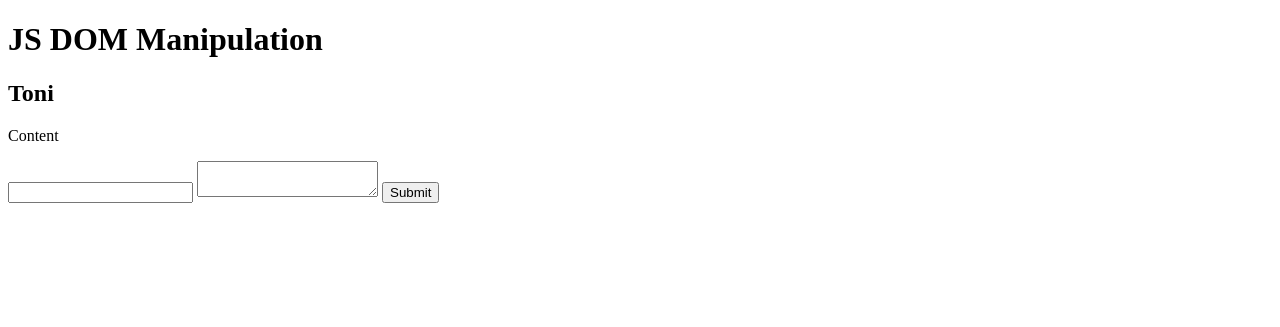
Repository: Toni95/workspace
Page: curs10-JSDOM/index.html
The author's editor kept a record of every edit. The page is drawn from the files as they stood at one moment, then again after the next edit.
The browser window is 1280 px wide. The pictures show the whole page.

Above is the page before.

### curs10-JSDOM/index.html
<!DOCTYPE html>
<html lang="en">
<head>
    <title>JS DOM</title>
    <script type="text/javascript" src="js/script.js"> </script>
</head>
<body>

    <h1>JS DOM Manipulation</h1>
    <div id="comments-list">
       <section class="comment-item">
           <h2>Toni</h2>
           <p>Content</p>
       </section>
    </div>
    <form>
        <input type="text" name="name"/>
        <textarea name="comment"></textarea>
        <input type="submit" name="Submit"/>
    </form>

</body>
</html>

### curs10-JSDOM/js/script.js
var firstName; // define variable name

firstName = 'Anca'; //assign value to

var firstName = 'Antonio';
console.log(firstName);

console.log("My name is ", firstName);

console.log(typeof firstName);
var age = 25;
console.log('My age is ' , age);

var height = 1.6;
console.log("my height is ", height);

var isTrue = true;
var isFalse = false;

var isTrue = true;
    isFalse = false;

console.log('JS is awesome ', isTrue , " JS is not awesome " , isFalse);

var nullValue = null;
console.log("Null Value", nullValue, typeof nullValue);

var undefinedValue;
console.log("undefined value", undefinedValue, typeof undefinedValue);


var firstName = "Antonio",
    lastName  = "Patraska",
    fullName = firstName + " " + lastName;

console.log("My name is" , fullName);

var name = "Antonio";
name += " Patraska";

console.log("My name is", name);

//math op

console.log("Add", 2+2);
console.log("Multiply", 2*2);

//

console.log("true", 2==2);
console.log("true", 2!==2);
console.log("true", 2=='2');
console.log("false", 2==='2');
console.log("false", 2!=='2');

console.log(2===2 && 3===3 && 4===4);
console.log(2===2 || 3===4 || 4===4);
console.log(3===4 || 5===5 || 4===4);

// Arrays

var names = []; // emply array
console.log("Names = ", names);

var names = ["Ana", "Ion"]; //aray with content
console.log("Names = ", names);

console.log("Name first = ", names[0]);

//update values

names[1] = "Mihai";
console.log("Names = ", names);

//add new values
names[2] = "Tina";
names.push("Ion");
names.push("Geo", "Anca", "Vera");

names.pop();
console.log("Names = ", names);
console.log("Names lenght = ", names.length);

After the next edit:
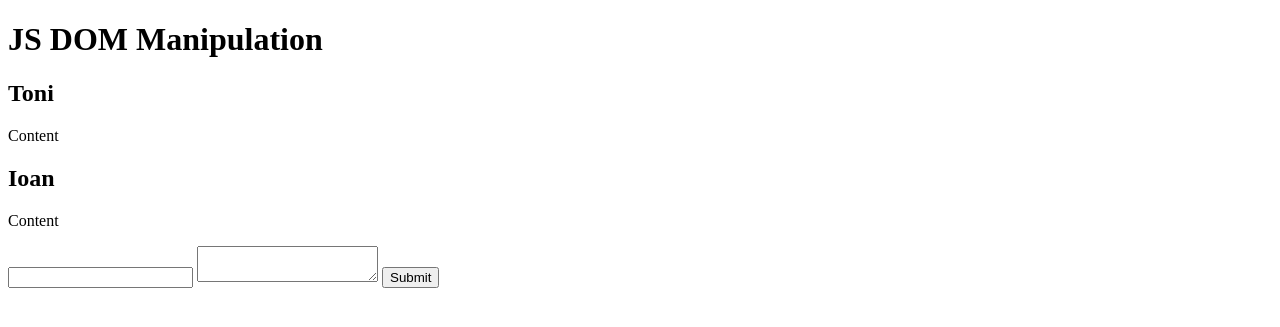
The edit:
--- a/curs10-JSDOM/index.html
+++ b/curs10-JSDOM/index.html
@@ -13,6 +13,14 @@
            <p>Content</p>
        </section>
     </div>
+
+    <div id="comments-list">
+       <section class="comment-item">
+           <h2>Ioan</h2>
+           <p>Content</p>
+       </section>
+    </div>
+
     <form>
         <input type="text" name="name"/>
         <textarea name="comment"></textarea>
